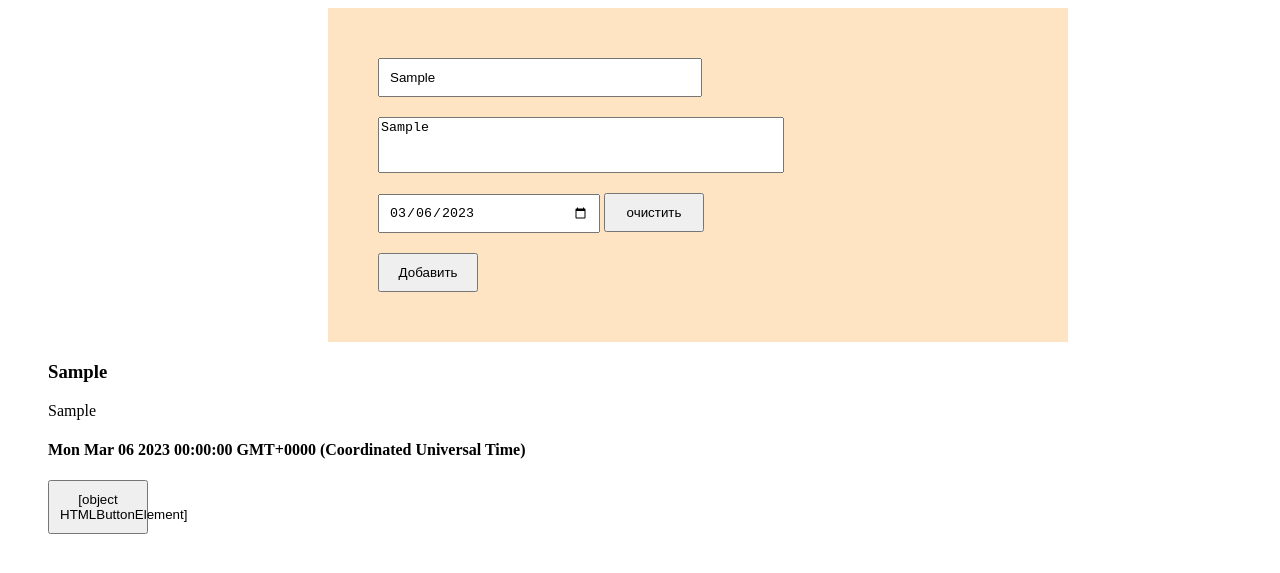
Repository: Grid-Master/commentList
Page: index.html
An editor plug-in stored every save of this project. The page is shown before and after the next save, followed by the edit.
The browser window is 1280 px wide. The pictures show the whole page.
Empty fields were first filled with sample values (such as "Sample", 5 or name@example.com).
After loading, the first visible `form` was submitted once.

Above is the page before, as saved 2023-03-07 10:59:20.

### index.html
<!DOCTYPE html>
<html lang="en">
  <head>
    <meta charset="UTF-8" />
    <meta http-equiv="X-UA-Compatible" content="IE=edge" />
    <meta name="viewport" content="width=device-width, initial-scale=1.0" />
    <title>Comments</title>
    <style>
      form {
        width: 50vw;
        margin-left: 25vw;
        background-color: bisque;
        display: flex;
        flex-direction: column;
        padding: 50px;
      }

      input[type='text'] {
        width: 300px;
        padding: 10px;
        margin-bottom: 20px;
      }
      textarea {
        width: 400px;
        height: 50px;
        resize: none;
        margin-bottom: 20px;
      }

      input[type='date'] {
        width: 200px;
        padding: 9px;
        margin-bottom: 20px;
      }

      button {
        width: 100px;
        padding: 10px;
      }
    </style>
  </head>
  <body>
    <form onsubmit="addComment(); return false">
      <input id="name" type="text" placeholder="Введите имя" required />
      <textarea id="comment" placeholder="Ваш комментарий..." required></textarea>
      <div>
        <input type="date" id="date" />
        <button type="button" onclick="clearDate()">очистить</button>
      </div>
      <button type="submit">Добавить</button>
    </form>
    <ul id="commentList"></ul>
    <script src="./script.js"></script>
  </body>
</html>

### script.js
document.getElementById('date').valueAsDate = new Date();

function clearDate() {
  document.getElementById('date').valueAsDate = null;
}

let commentsData = [];

function addComment() {
  let name = document.getElementById('name').value;
  let comment = document.getElementById('comment').value;
  let date = document.getElementById('date').valueAsDate;
  let list = document.getElementById('commentList');

  let nameEl = document.createElement('h3');
  let commentEl = document.createElement('p');
  let dateEl = document.createElement('h4');
  let deleteEl = document.createElement('button');
  let container = document.createElement('div');

  nameEl.innerHTML = name;
  commentEl.innerHTML = comment;
  dateEl.innerHTML = date;
  deleteEl.innerHTML = deleteEl;

  container.append(nameEl, commentEl, dateEl, deleteEl);
  list.append(container);
  //   list.append(listElem);

  //   commentsData.push({
  //     name,
  //     comment,
  //     date,
  //   });
  //  console.log(commentsData);
}

After the next save:
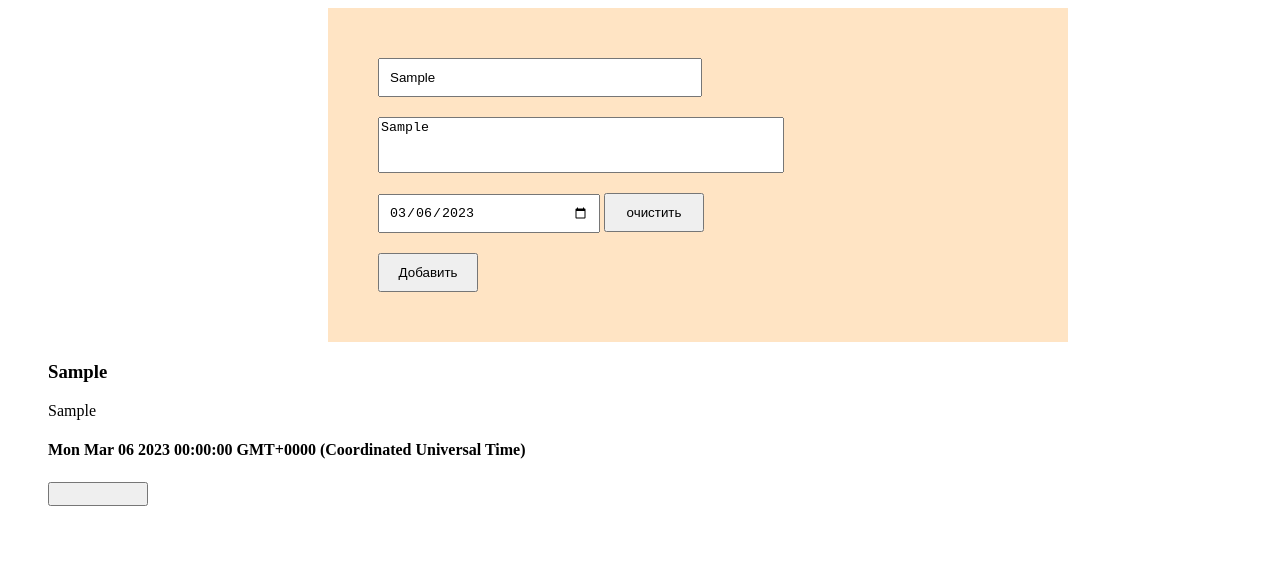
Saved 89 s later.
--- a/script.js
+++ b/script.js
@@ -21,7 +21,7 @@ function addComment() {
   nameEl.innerHTML = name;
   commentEl.innerHTML = comment;
   dateEl.innerHTML = date;
-  deleteEl.innerHTML = deleteEl;
+  deleteEl.value = 'Удалить комментарий';
 
   container.append(nameEl, commentEl, dateEl, deleteEl);
   list.append(container);
